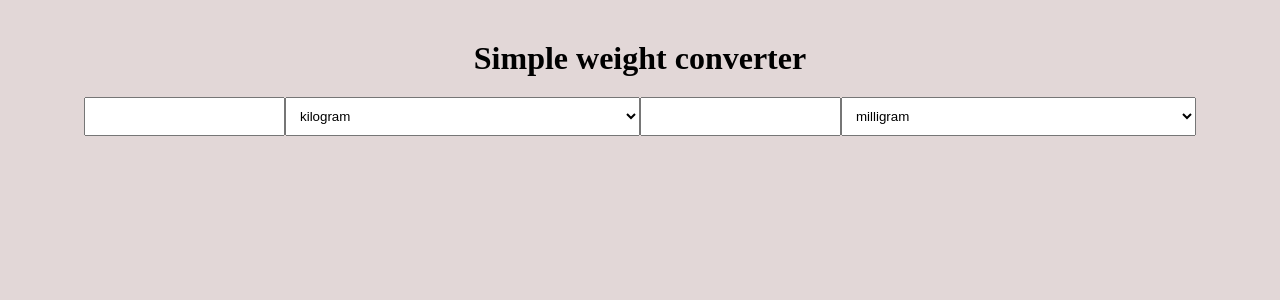
Repository: Eugene44-hub/weight-converter
Page: index.html
The author's editor kept a copy of each file at every save. The page is drawn from the files as they stood at one save, then again after the next save.
The browser window is 1280 px wide. The pictures show the whole page.

Above is the page before, as saved 2021-09-20 05:03:43.

### index.html
<!DOCTYPE html>
<html lang="en">

<head>
    <meta charset="UTF-8">
    <meta http-equiv="X-UA-Compatible" content="IE=edge">
    <meta name="viewport" content="width=device-width, initial-scale=1.0">
    <link rel="stylesheet" href="style.css">
    <title>Document</title>
</head>

<body>
    <div class="converter">
        <h1>Simple weight converter</h1>

        <input type="number" id="typed">
        <select name="" id="in-weight">
      <option value="kg">kilogram</option>
      <option value="ou">ounce</option>
      <option value="mg">milligram</option>
    </select>
        <input type="number" id="output">
        <select name="" id="out-weight">
      <option value="mg">milligram</option>
      <option value="ou">ounce</option>
      <option value="kg">kilogram</option>
    </select>
    </div>
    <script src="app.js"></script>
</body>

</html>

### style.css
* {
    padding: 0;
    margin: 0;
    box-sizing: border-box;
}

body {
    background-color: rgb(226, 215, 215);
}

input {
    padding: 10px;
}

h1 {
    text-align: center;
    flex: 100%;
    margin-bottom: 20px;
}

select {
    padding: 10px;
    flex: 10;
}

.converter {
    display: flex;
    flex-wrap: wrap;
    justify-content: space-between;
    padding: 20px;
    margin: 20px auto;
    width: 90%;
}

### app.js
let typed = document.querySelector('#typed');
let output = document.querySelector('#output');
let select = document.querySelector('#in-weight');
let select2 = document.querySelector('#out-weight');

function selectTwo(val) {
    select2.addEventListener('change', e => {
        if (select2.value === 'mg' && select.value === 'kg') {
            output.value = val * Math.pow(10, 6)
        } else if (select2.value === "ou" && select.value === 'mg') {
            output.value = val * 0.000035274
        } else if (select2.value === "ou" && select.value === 'kg') {
            output.value = val * 35.274
        } else if (select2.value === "kg" && select.value === 'ou') {
            output.value = val / 35.274
        } else if (select2.value === "mg" && select.value === 'ou') {
            output.value = val / 0.000035274
        } else if (select2.value === "kg" && select.value === 'mg') {
            output.value = val / Math.pow(10, 6)
        } else {
            output.value = typed.value
        }

    })
}

function selectOne(val) {
    select.addEventListener('change', e => {

        if (select2.value === 'mg' && select.value === 'kg') {
            typed.value = val / Math.pow(10, 6)
        } else if (select2.value === "mg" && select.value === 'ou') {
            typed.value = val * 0.000035274
        } else if (select2.value === "ou" && select.value === 'kg') {
            typed.value = val / 35.274
        } else if (select2.value === "kg" && select.value === 'ou') {
            typed.value = val * 35.274
        } else if (select2.value === "ou" && select.value === 'mg') {
            typed.value = val / 0.000035274
        } else if (select2.value === "kg" && select.value === 'mg') {
            typed.value = val * Math.pow(10, 6)
        } else { typed.value = output.value }
    })
}


typed.addEventListener('input',
    e => {

        if (select2.value === 'mg' && select.value === 'kg') {
            output.value = Number(e.target.value) * Math.pow(10, 6)
        } else if (select2.value === "ou" && select.value === 'mg') {
            output.value = Number(e.target.value) * 0.000035274
        } else if (select2.value === "ou" && select.value === 'kg') {
            output.value = Number(e.target.value) * 35.274
        } else if (select2.value === "kg" && select.value === 'ou') {
            output.value = Number(e.target.value) / 35.274
        } else if (select2.value === "mg" && select.value === 'ou') {
            output.value = Number(e.target.value) / 0.000035274
        } else if (select2.value === "kg" && select.value === 'mg') {
            output.value = Number(e.target.value) / Math.pow(10, 6)
        } else {
            output.value = typed.value
        }
        selectTwo(Number(e.target.value))
    })

output.addEventListener('input',
    e => {
        if (select2.value === 'mg' && select.value === 'kg') {
            typed.value = Number(e.target.value) / Math.pow(10, 6)
        } else if (select2.value === "mg" && select.value === 'ou') {
            typed.value = Number(e.target.value) * 0.000035274
        } else if (select2.value === "ou" && select.value === 'kg') {
            typed.value = Number(e.target.value) / 35.274
        } else if (select2.value === "kg" && select.value === 'ou') {
            typed.value = Number(e.target.value) * 35.274
        } else if (select2.value === "ou" && select.value === 'mg') {
            typed.value = Number(e.target.value) / 0.000035274
        } else if (select2.value === "kg" && select.value === 'mg') {
            typed.value = Number(e.target.value) * Math.pow(10, 6)
        } else { typed.value = output.value }
        selectOne(Number(e.target.value))
    })

After the next save:
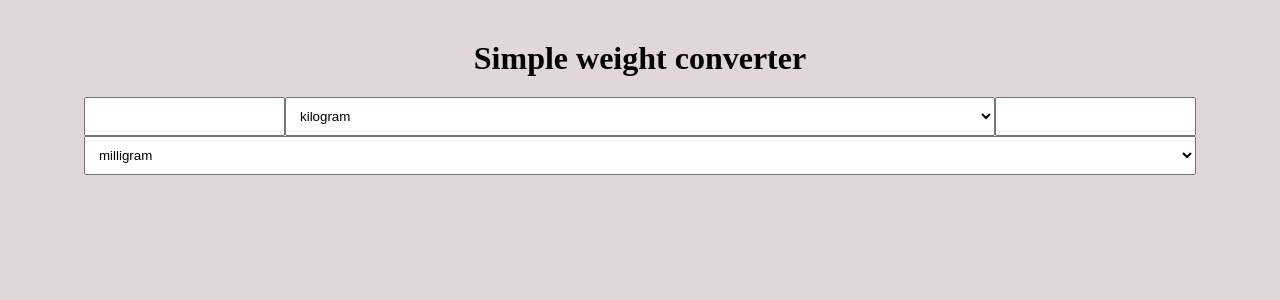
Saved 9 s later.
--- a/style.css
+++ b/style.css
@@ -20,7 +20,7 @@ h1 {
 
 select {
     padding: 10px;
-    flex: 10;
+    flex: 50%;
 }
 
 .converter {
